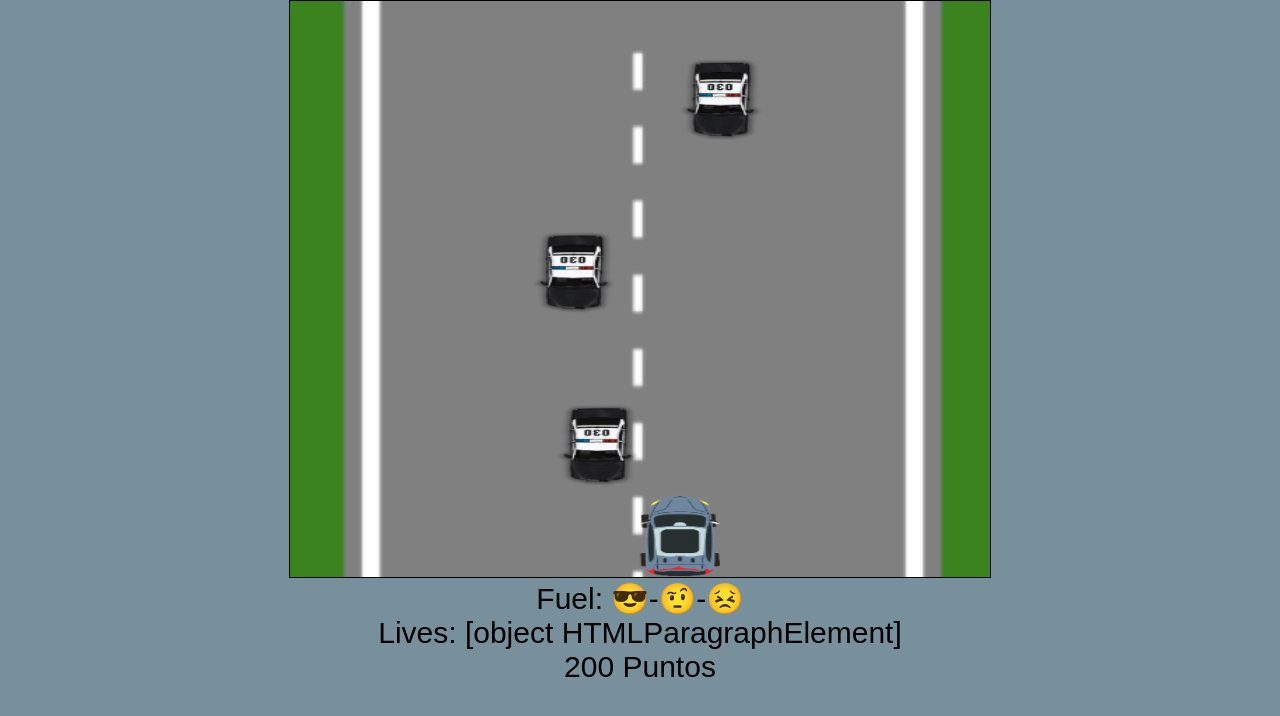
Repository: ChristianGecchelin/ironCarGame
Page: canvas.html
The author's editor kept a copy of each file at every save. The page is drawn from the files as they stood at one save, then again after the next save.
The browser window is 1280 px wide. The pictures show the whole page.

Above is the page before, as saved 2022-06-14 17:57:28.

After the next save:
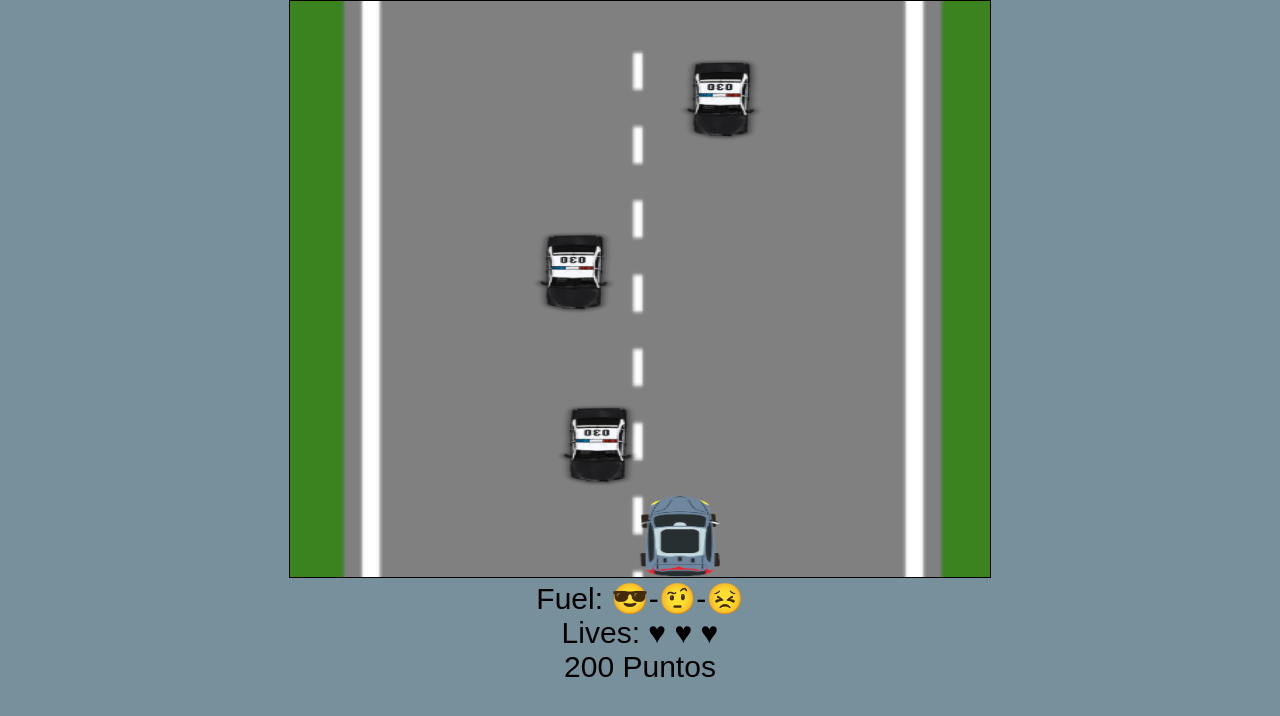
Saved 3 min 54 s later.
--- a/src/info.js
+++ b/src/info.js
@@ -1,5 +1,4 @@
 let points = 0;
-let heart = 3;
 let info = document.querySelector(".info");
 let fuel = document.createElement("p");
 fuel.setAttribute("class", "information");
@@ -11,5 +10,5 @@ let puntuacion = document.createElement("p");
 puntuacion.setAttribute("class", "information");
 info.appendChild(puntuacion);
 fuel.innerText = "Fuel: 😎-🤨-😣";
-lives.innerText = `Lives: ${lives}`;
+lives.innerText = `Lives: ♥ ♥ ♥`;
 puntuacion.innerText = `${points} Puntos`;
